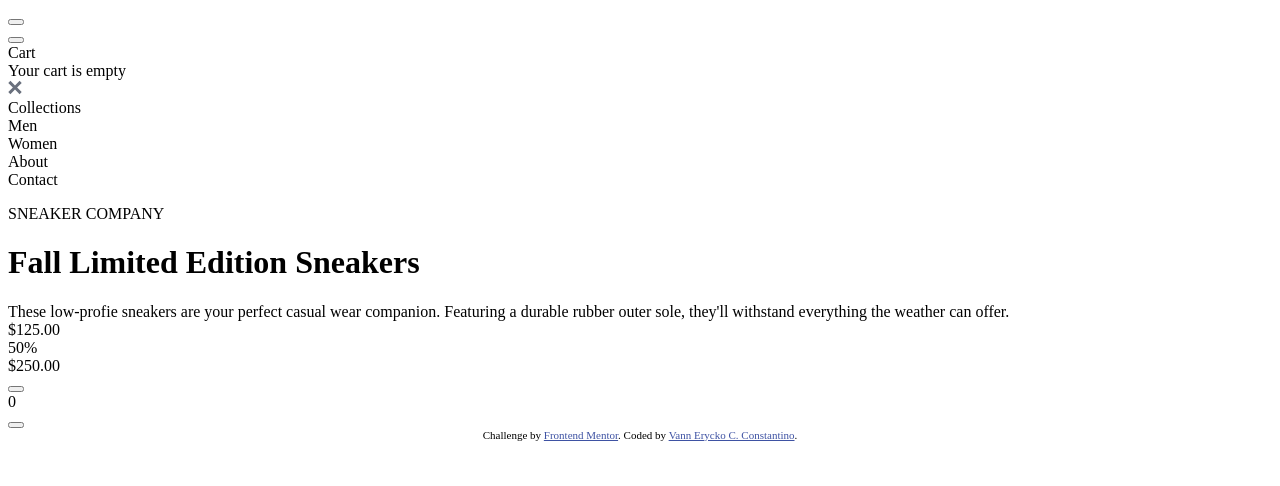
Repository: kocokoy/ecommerce-product-page
Page: src/template.html
An editor plug-in stored every save of this project. The page is shown before and after the next save, followed by the edit.
The browser window is 1280 px wide. The pictures show the whole page.
Some web fonts or font styles are not loaded; a fallback is used.

Above is the page before, as saved 2024-11-19 09:11:47.

### src/template.html
<!DOCTYPE html>
<html lang="en">
<head>
  <meta charset="UTF-8">
  <meta name="viewport" content="width=device-width, initial-scale=1.0"> <!-- displays site properly based on user's device -->

  <link rel="icon" type="image/png" sizes="32x32" href="./images/favicon-32x32.png">
  <link rel="preconnect" href="https://fonts.googleapis.com">
  <link rel="preconnect" href="https://fonts.gstatic.com" crossorigin>
  <link href="https://fonts.googleapis.com/css2?family=Karla:ital,wght@0,200..800;1,200..800&family=Kumbh+Sans:wght@100..900&family=Playfair+Display:ital,wght@0,400..900;1,400..900&family=Plus+Jakarta+Sans:ital,wght@0,200..800;1,200..800&family=Red+Hat+Text:ital,wght@0,300..700;1,300..700&display=swap" rel="stylesheet">
  <title>Frontend Mentor | E-commerce product page</title>
  <style>
    .attribution { font-size: 11px; text-align: center; }
    .attribution a { color: hsl(228, 45%, 44%); }
  </style>
</head>
<body>
  <div class="content">
    <header>
      <div class="header-img"></div>
      <div class="header-title"></div>
      <div class="header-img"></div>
      <div class="header-img"></div>
    </header>
    <container class="image-carousel">
      <div class="image">
        <button class="image-carousel-back-btn"></button>
        <div class="image-carousel-image"></div>
        <button class="image-carousel-forward-btn"></button>
      </div>
      <div class="cart">
        <div class="cart-title">Cart</div>
        <div class="cart-content">Your cart is empty</div>
      </div>
    </container>
    <container class="menu-bar">
      <img src="/images/icon-close.svg" alt="">
      <div>Collections</div>
      <div>Men</div>
      <div>Women</div>
      <div>About</div>
      <div>Contact</div>
    </container>
    <container class="item-info">
      <div class="item-info-text">
        <p>SNEAKER COMPANY</p>
        <H1>Fall Limited Edition Sneakers</H1>
        <div>
          These low-profie sneakers are your perfect casual wear companion. Featuring a durable rubber outer sole, they'll withstand everything the weather can offer.
        </div>
      </div>
      <div class="item-info-price">
        <div class="price">$125.00</div>
        <div class="percent">50%</div>
        <div class="retail-price">$250.00</div>
      </div>
      <div class="item-info-quantity">
        <button></button>
        <div>0</div>
        <button></button>
      </div>
      <div class="item-info-button">
      </div>
    </container>
  </div>
  <div class="attribution">
    Challenge by <a href="https://www.frontendmentor.io?ref=challenge" target="_blank">Frontend Mentor</a>.
    Coded by <a href="#">Vann Erycko C. Constantino</a>.
  </div>
</body>
</html>

After the next save:
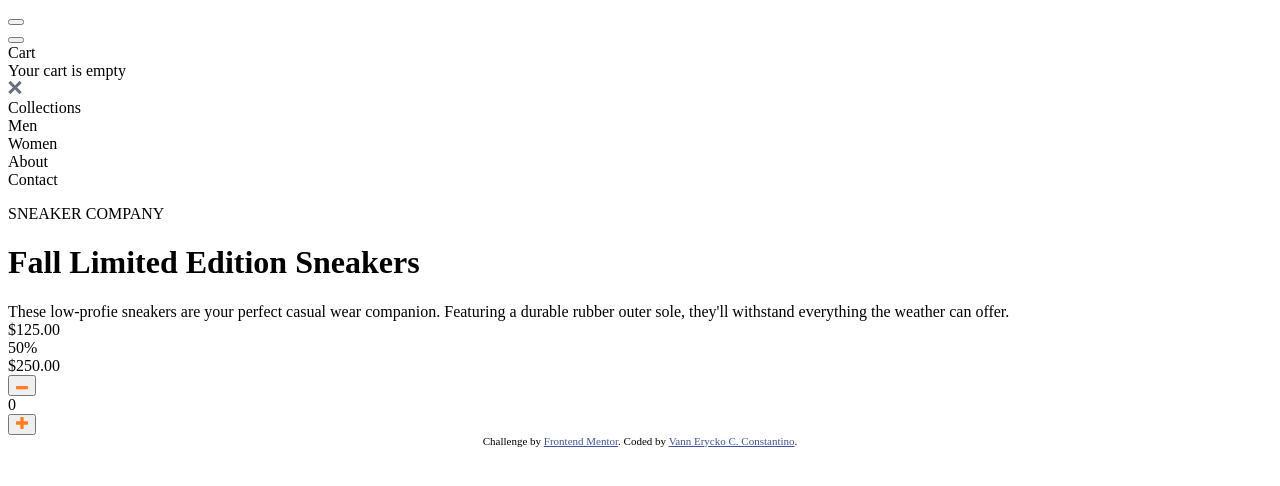
Saved 52 s later.
--- a/src/template.html
+++ b/src/template.html
@@ -55,9 +55,9 @@
         <div class="retail-price">$250.00</div>
       </div>
       <div class="item-info-quantity">
-        <button></button>
+        <button><img src="/images/icon-minus.svg" alt=""></button>
         <div>0</div>
-        <button></button>
+        <button><img src="/images/icon-plus.svg" alt=""></button>
       </div>
       <div class="item-info-button">
       </div>
